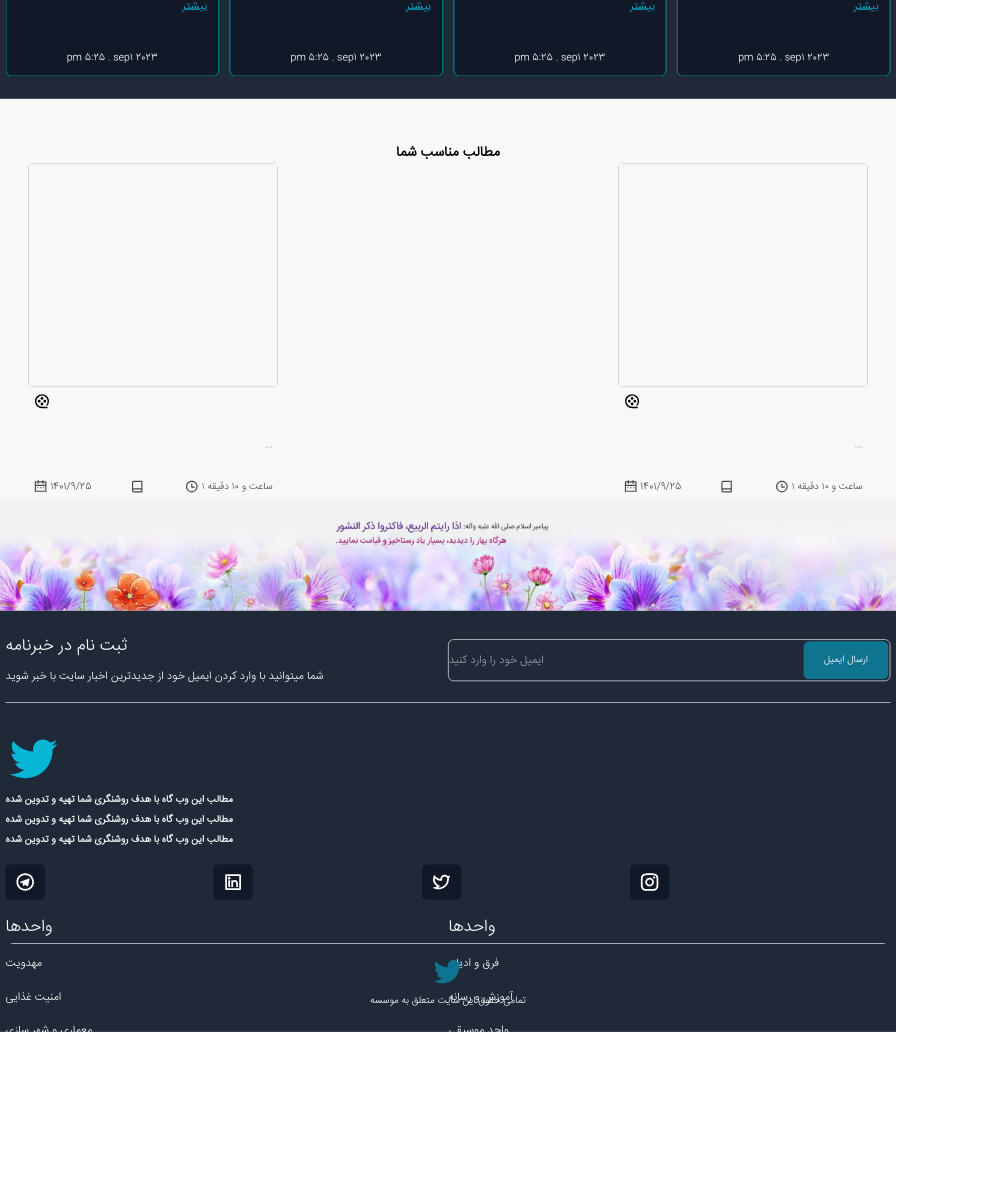
Repository: homan-tehrani/uiUserNative
Page: /
These files come from the project's save history. The page is drawn as it stood at one moment and after the next save; the edit follows.
The browser window is 1280 px wide. The page is 1432 px wide, so the pictures cover 1432 px, including what lies to the right of the window. The pictures show the part of the page from y = 3073 to 4793 px (the page is 4886 px tall before and 4926 px after), at 70% of full size.
The page's requests for data from a server got no answer. The project was rebuilt for these pictures with package versions that can differ from the ones it lists, and the page was loaded fresh each time. The framework's server and built-in components were replaced by stand-ins that run in the browser. No one was signed in, and anything a server would have sent is missing. Also part of the build but not shown: next.config.js, src/components/MenuForUnits.js, src/components/AccordionForUnits.js, src/components/MenuResponsive.js.

Above is the page before, as saved 2023-04-25 01:37:21.

### src/pages/_app.js
import Layoute from 'components/layout/Layoute'
import 'styles/globals.css'

export default function App({ Component, pageProps }) {
  return <Layoute>
    <Component {...pageProps} />
  </Layoute>
}

### src/pages/index.js
import Head from 'next/head';
import Layoute from '../components/layout/Layoute';
import Loading from '../components/loading';
import Slider from '../components/Slider';
import Album1 from '../components/Album1';
import Invitation from '../components/Invitation';
import Album2 from '../components/Album2';
import Description from '../components/Description';
import Album3 from '../components/Album3';
import Suggestion from '../components/Suggestion';
import { useEffect } from 'react';

export default function Home({ datas }) {
  return (
    <>
      <Head>
        <title>خانه</title>
        <meta
          name="description"
          content="Generated by create next app"
        />
        <meta
          name="viewport"
          content="width=device-width, initial-scale=1"
        />
        <link rel="icon" href="/favicon.ico" />
      </Head>
      <main className="bg-[#F8F8F6]">

        <>
          <Slider />
          <Album1 />
          <Invitation />
          <Album2 />
          <Description />
          <Album3 />
          <Suggestion />
        </>

      </main>
    </>
  );
}

// export async function getStaticProps(context){

//   const res = await fetch("https://nativecontent.sirafgroup.com/api/v1/tag/contentByTag/")
//   const data = await res.json(res)
//   console.log(data);

//   if (!data) {
//     return {
//       notFound: true,
//     }
//   }

//   return{
//     props: {

//     }
//   }

// }

### src/components/layout/Layoute.js
import React from "react";
import Header from "./Header";
import Fotter from "./Fotter";
import Speech from "../Speech";

export default function Layoute({ children , datas }) {
  return (
    <>
      <Header  />
      <div>{children}</div>
      <Speech />
      <Fotter datas={datas} />
    </>
  );
}

### src/styles/globals.css
@tailwind base;
@tailwind components;
@tailwind utilities;

@font-face {
    font-family: iransans;
    src: url("../../public/assets/fonts/iransans/irsans-l.woff");
}

html , body{
    font-family: iransans;
  }

.slider-master
.swiper-pagination-bullet{
  width: 14px;
  height: 14px;
  background-color: #3998AC;
}

.slider-master
.swiper-pagination-bullet-active {
  width: 60px;
  border-radius: 60px;
}

### src/components/loading.js
const Loading =()=> {
    return (
      <div className="w-full h-full flex justify-center items-center py-5">
        <svg aria-hidden="true" class="w-12 h-12 text-gray-200 animate-spin dark:text-gray-600 fill-cyan-600" viewBox="0 0 100 101" fill="none" xmlns="http://www.w3.org/2000/svg">
            <path d="M100 50.5908C100 78.2051 77.6142 100.591 50 100.591C22.3858 100.591 0 78.2051 0 50.5908C0 22.9766 22.3858 0.59082 50 0.59082C77.6142 0.59082 100 22.9766 100 50.5908ZM9.08144 50.5908C9.08144 73.1895 27.4013 91.5094 50 91.5094C72.5987 91.5094 90.9186 73.1895 90.9186 50.5908C90.9186 27.9921 72.5987 9.67226 50 9.67226C27.4013 9.67226 9.08144 27.9921 9.08144 50.5908Z" fill="currentColor"/>
            <path d="M93.9676 39.0409C96.393 38.4038 97.8624 35.9116 97.0079 33.5539C95.2932 28.8227 92.871 24.3692 89.8167 20.348C85.8452 15.1192 80.8826 10.7238 75.2124 7.41289C69.5422 4.10194 63.2754 1.94025 56.7698 1.05124C51.7666 0.367541 46.6976 0.446843 41.7345 1.27873C39.2613 1.69328 37.813 4.19778 38.4501 6.62326C39.0873 9.04874 41.5694 10.4717 44.0505 10.1071C47.8511 9.54855 51.7191 9.52689 55.5402 10.0491C60.8642 10.7766 65.9928 12.5457 70.6331 15.2552C75.2735 17.9648 79.3347 21.5619 82.5849 25.841C84.9175 28.9121 86.7997 32.2913 88.1811 35.8758C89.083 38.2158 91.5421 39.6781 93.9676 39.0409Z" fill="currentFill"/>
        </svg>
      </div>
    );
  }

  export default Loading;

### src/components/Slider.js
import React, { useEffect, useState } from "react";
import { Swiper, SwiperSlide } from "swiper/react";
import { Navigation, EffectFade, Pagination, Scrollbar, A11y } from "swiper";
import { useRef } from "react";
import Loading from "./loading";
import ImageProfile from "assets/images/image.jpg";

import "swiper/css";
import "swiper/css/navigation";
import "swiper/css/pagination";
import "swiper/css/scrollbar";
import { sliderPhoto } from "../../src/db.json";
import Survey from "./Survey";

export default function Slider() {
  const [imagesSlider, setImagesSlider] = useState(null);
  const swiperRef = useRef();

  useEffect(() => {
    setImagesSlider(sliderPhoto);
  }, []);

  if (!imagesSlider) {
    return <Loading />;
  }

  return (
    <div className="container mx-auto w-full h-full  py-7 px-2">
      <Swiper
        wrapperClass="w-full"
        modules={[Navigation, Pagination, Scrollbar, A11y, EffectFade, Pagination]}
        spaceBetween="auto"
        loop={true}
        autoplay={{
          delay: 1000,
          disableOnInteraction: false,
        }}
        navigation={{
            nextEl: '.swiper-button-next',
            prevEl: '.swiper-button-prev',
        }}
        onBeforeInit={(swiper) => {
          swiperRef.current = swiper;
        }}
        slidesPerView={1}
        effect="fade"
        className="slider-master max-h-[32rem] min-h-full rounded-3xl overflow-hidden"
      >
        {imagesSlider.map((item) => (
          <SwiperSlide key={item.id} className="w-full h-full">
            <img
              className="w-full h-[32rem] object-cover"
              src="assets/images/image.jpg"
            />
          </SwiperSlide>
        ))}
        <div
          className="swiper-button-prev !text-white mx-8 after:!text-4xl"
        ></div>
        <div
          className="swiper-button-next !text-white mx-8 after:!text-4xl"
        ></div>

      </Swiper>
      <div className="custom-pagination"></div>
      <Survey/>

       </div>

  );
}

### src/components/Album2.js
import React, { useRef, useState , useEffect } from "react";
import { Swiper, SwiperSlide } from "swiper/react";
import Loading from "./loading";
import MorSpeech from "components/MorSpeech";
import Link from "next/link";

import "swiper/css";
import "swiper/css/grid";
import "swiper/css/pagination";
import { Grid, Pagination ,Navigation} from "swiper";
import {albumPhoto2} from "db.json"

export default function Album2() {
    const [itmes , setItems]= useState([])
    const swiperRef = useRef();
    useEffect(() => {
      setItems(albumPhoto2);
    }, []);

    const prevSlideHandler =()=>{
        swiperRef.current?.slidePrev();
    }

  return (
    <div className=" container px-2z mx-auto ">
    <div className=" mb-6 ">
    </div>
      <Swiper
        slidesPerView={3}
        grid={{
          rows: 2,
        }}
        spaceBetween={20}
        modules={[Grid, Pagination, Navigation]}
        onBeforeInit={(swiper) => {
          swiperRef.current = swiper;
        }}
        breakpoints={{
          // when window width is >= 640px
          0: {
            slidesPerView: 1,
          },
          640: {
            slidesPerView: 2,
          },
          1370: {
            slidesPerView: 3,
          },
        }}
        className="w-full h-96  "
      >
        {itmes.map(item=>
            <SwiperSlide key={item.id} className="!flex !h-40 rounded overflow-hidden ">
                <Link href="/units" dir="rtl" className="flex cursor-pointer w-full  h-full rounded-l-md ">
                    <div className="w-1/2 h-full">
                        <img className="w-full h-full" src={item.src} alt={item.alt} />
                    </div>
                    <div className="flex flex-col justify-between h-full w-full py-3 pr-3 bg-neutral-100 border rounded-l-md">
                    <div>
                        <div className="flex items-center gap-x-1">
                        <svg xmlns="http://www.w3.org/2000/svg" viewBox="0 0 24 24" width="20" height="20"><path fill="none" d="M0 0h24v24H0z"/><path d="M12 3a3 3 0 0 0-3 3v4a3 3 0 0 0 6 0V6a3 3 0 0 0-3-3zm0-2a5 5 0 0 1 5 5v4a5 5 0 0 1-10 0V6a5 5 0 0 1 5-5zM3.055 11H5.07a7.002 7.002 0 0 0 13.858 0h2.016A9.004 9.004 0 0 1 13 18.945V23h-2v-4.055A9.004 9.004 0 0 1 3.055 11z"/></svg>
                        <p className="text-lg">ویس استاد</p>
                        </div>

                        <p className="text-sm">سخنرانی استاد در تهران</p>
                    </div>

                    <div dir="rtl" className="flex gap-x-8 opacity-70 text-sm ">
                            <div className="flex gap-x-1">
                            <svg xmlns="http://www.w3.org/2000/svg" viewBox="0 0 24 24" width="20" height="20"><path fill="none" d="M0 0h24v24H0z"/><path d="M17 3h4a1 1 0 0 1 1 1v16a1 1 0 0 1-1 1H3a1 1 0 0 1-1-1V4a1 1 0 0 1 1-1h4V1h2v2h6V1h2v2zm3 8H4v8h16v-8zm-5-6H9v2H7V5H4v4h16V5h-3v2h-2V5zm-9 8h2v2H6v-2zm5 0h2v2h-2v-2zm5 0h2v2h-2v-2z"/></svg>
                            <p>1401/9/25</p>
                            </div>

                            <svg xmlns="http://www.w3.org/2000/svg" viewBox="0 0 24 24" width="20" height="20"><path fill="none" d="M0 0h24v24H0z"/><path d="M20.005 2C21.107 2 22 2.898 22 3.99v16.02c0 1.099-.893 1.99-1.995 1.99H4v-4H2v-2h2v-3H2v-2h2V8H2V6h2V2h16.005zM8 4H6v16h2V4zm12 0H10v16h10V4z"/></svg>
                         </div>
                    </div>
                    </Link>


            </SwiperSlide>
            )}

      </Swiper>
    </div>
  );
}

### src/components/Suggestion.js
import React, { useState, useEffect } from 'react';
import Loading from './loading';
import { lecturePhoto } from '../../src/db.json';
import Link from 'next/link';

export default function Suggestion() {
  const [suggestionPhoto, setSuggestionPhoto] = useState(null);
  useEffect(() => {
    setSuggestionPhoto(lecturePhoto);
  }, []);

  useEffect(() => {
    const fetchData = async () => {
      const response = await fetch(
        'https://nativecontent.sirafgroup.com/api/v1/category/contentByCategory/?categoryId=1&count=10'
      );
      const data = await response.json();
      setSuggestionPhoto(data.data);
    };
    fetchData();
  }, []);
  if (!suggestionPhoto) {
    return <Loading />;
  }

  return (
    <div className="container px-2 mx-auto">
      <h2 className="text-xl font-bold text-center px-5">مطالب مناسب شما</h2>
      <div className=" flex items-center justify-between">
        {suggestionPhoto.slice(1, 4).map((item) => (
          <>
            <div className="w-1/3 px-8 relative">
              <div className=" overflow-hidden xs:h-56 h-72  sm:h-80 rounded-md">
                <img
                  src={item.coverImage}
                  alt={item.title}
                  className="w-full h-full "
                />
              </div>
              <div className="w-full h-40  flex flex-col justify-between p-2 ">
                <div className="flex items-center gap-x-2  ">
                  <svg
                    xmlns="http://www.w3.org/2000/svg"
                    viewBox="0 0 24 24"
                    className="w-6 xs:w-5"
                  >
                    <path fill="none" d="M0 0h24v24H0z" />
                    <path d="M12 20h8v2h-8C6.477 22 2 17.523 2 12S6.477 2 12 2s10 4.477 10 10a9.956 9.956 0 0 1-2 6h-2.708A8 8 0 1 0 12 20zm0-10a2 2 0 1 1 0-4 2 2 0 0 1 0 4zm-4 4a2 2 0 1 1 0-4 2 2 0 0 1 0 4zm8 0a2 2 0 1 1 0-4 2 2 0 0 1 0 4zm-4 4a2 2 0 1 1 0-4 2 2 0 0 1 0 4z" />
                  </svg>
                  <p className="xs:text-sm truncate font-bold">
                    {item.title}
                  </p>
                </div>

                <p className="xs:text-xsm text-sm text-right text-slate-500">
                  {item?.summary?.substring(0, 150)}...
                </p>

                <div className="flex  justify-between items-center opacity-70 xs:text-xxxsm text-sm">
                  <div className="flex items-center justify-center gap-x-1">
                    <svg
                      xmlns="http://www.w3.org/2000/svg"
                      viewBox="0 0 24 24"
                      className="xs:w-3 w-5"
                    >
                      <path fill="none" d="M0 0h24v24H0z" />
                      <path d="M17 3h4a1 1 0 0 1 1 1v16a1 1 0 0 1-1 1H3a1 1 0 0 1-1-1V4a1 1 0 0 1 1-1h4V1h2v2h6V1h2v2zm3 8H4v8h16v-8zm-5-6H9v2H7V5H4v4h16V5h-3v2h-2V5zm-9 8h2v2H6v-2zm5 0h2v2h-2v-2zm5 0h2v2h-2v-2z" />
                    </svg>
                    <p className="xs:text-ssm">1401/9/25</p>
                  </div>

                  <div className="flex items-center justify-center gap-x-1">
                    <svg
                      xmlns="http://www.w3.org/2000/svg"
                      viewBox="0 0 24 24"
                      className="xs:w-3 w-5"
                    >
                      <path fill="none" d="M0 0h24v24H0z" />
                      <path d="M3 18.5V5a3 3 0 0 1 3-3h14a1 1 0 0 1 1 1v18a1 1 0 0 1-1 1H6.5A3.5 3.5 0 0 1 3 18.5zM19 20v-3H6.5a1.5 1.5 0 0 0 0 3H19zM5 15.337A3.486 3.486 0 0 1 6.5 15H19V4H6a1 1 0 0 0-1 1v10.337z" />
                    </svg>
                    <p>{item?.portal?.name}</p>
                  </div>

                  <div className="flex items-center justify-center gap-x-1">
                    <svg
                      xmlns="http://www.w3.org/2000/svg"
                      viewBox="0 0 24 24"
                      className="xs:w-3 w-5"
                    >
                      <path fill="none" d="M0 0h24v24H0z" />
                      <path d="M12 22C6.477 22 2 17.523 2 12S6.477 2 12 2s10 4.477 10 10-4.477 10-10 10zm0-2a8 8 0 1 0 0-16 8 8 0 0 0 0 16zm1-8h4v2h-6V7h2v5z" />
                    </svg>
                    <p>۱ ساعت و ۱۰ دقیقه</p>
                  </div>
                </div>
              </div>
              <Link
                href={`/units/${item.id}`}
                className="w-full h-full absolute top-0 left-0"
              />
            </div>
          </>
        ))}
      </div>
    </div>
  );
}

### src/components/Speech.js
import React, { useEffect, useState } from "react";
import Loading from "./loading";
import {speech} from "../../src/db.json"

export default function Speech({ datas }) {
  const [imageSpeech, setImageSpeech] = useState(null);
  useEffect(() => {
    setImageSpeech(speech);
  }, []);

  if (!imageSpeech) {
    return <Loading />;
  }
  return (
    <div className="w-full flex justify-center items-center relative ">
      <div className="flex flex-col w-full h-max">
        <div className="flex flex-col w-full ">
          <img
            src={imageSpeech[0].src}
            alt={imageSpeech[0].alt}
            className="w-full h-full object-cover"
          />
        </div>
      </div>
    </div>
  );
}

### src/components/MorSpeech.js
import React from 'react'


export default function MorSpeech({nextButtonHandler , prevButtonHandler , icons , underline , content , colorIcon , colorText , classMore , moreHandler,addHandler}) {

  return (
    <div  className='flex flex-col justify-center   w-full h-max '>
      <div className='flex justify-between items-center gap-x-0   md:px-0 xs:gap-x-6 '>
        <p className={`${colorText} font-bold text-xl`}>{content}</p>

        {icons && <div  className='flex items-center justify-center w-max gap-x-1 h-8 bg-gray-900 ml-96 text-xsm text-white  px-1 rounded-sm'>

        <button className='flex items-center justify-center gap-x-1 opacity-70'>
        <p>youtube</p>
        <svg xmlns="http://www.w3.org/2000/svg" className='fill-white' viewBox="0 0 24 24" width="20" height="20"><path fill="none" d="M0 0h24v24H0z"/><path d="M19.606 6.995c-.076-.298-.292-.523-.539-.592C18.63 6.28 16.5 6 12 6s-6.628.28-7.069.403c-.244.068-.46.293-.537.592C4.285 7.419 4 9.196 4 12s.285 4.58.394 5.006c.076.297.292.522.538.59C5.372 17.72 7.5 18 12 18s6.629-.28 7.069-.403c.244-.068.46-.293.537-.592C19.715 16.581 20 14.8 20 12s-.285-4.58-.394-5.005zm1.937-.497C22 8.28 22 12 22 12s0 3.72-.457 5.502c-.254.985-.997 1.76-1.938 2.022C17.896 20 12 20 12 20s-5.893 0-7.605-.476c-.945-.266-1.687-1.04-1.938-2.022C2 15.72 2 12 2 12s0-3.72.457-5.502c.254-.985.997-1.76 1.938-2.022C6.107 4 12 4 12 4s5.896 0 7.605.476c.945.266 1.687 1.04 1.938 2.022zM10 15.5v-7l6 3.5-6 3.5z"/></svg>
            </button>
        <button className='flex items-center justify-center gap-x-1 bg-slate-700 p-1 rounded-md'>
        <p>twitter</p>
          <svg xmlns="http://www.w3.org/2000/svg" className='fill-cyan-500' viewBox="0 0 24 24" width="20" height="20"><path fill="none" d="M0 0h24v24H0z"/><path d="M22.162 5.656a8.384 8.384 0 0 1-2.402.658A4.196 4.196 0 0 0 21.6 4c-.82.488-1.719.83-2.656 1.015a4.182 4.182 0 0 0-7.126 3.814 11.874 11.874 0 0 1-8.62-4.37 4.168 4.168 0 0 0-.566 2.103c0 1.45.738 2.731 1.86 3.481a4.168 4.168 0 0 1-1.894-.523v.052a4.185 4.185 0 0 0 3.355 4.101 4.21 4.21 0 0 1-1.89.072A4.185 4.185 0 0 0 7.97 16.65a8.394 8.394 0 0 1-6.191 1.732 11.83 11.83 0 0 0 6.41 1.88c7.693 0 11.9-6.373 11.9-11.9 0-.18-.005-.362-.013-.54a8.496 8.496 0 0 0 2.087-2.165z"/></svg>

          </button>
        </div>}
        <div className='flex gap-x-2 '>
            <button onClick={()=>moreHandler} className={`text-${classMore} border border-${classMore} xs:w-12 font-bold text-sm rounded-md w-16 h-8`}>بیشتر</button>
            <button className='border rounded-md px-1' onClick={prevButtonHandler}>
            <svg xmlns="http://www.w3.org/2000/svg" className={colorIcon} viewBox="0 0 24 24" width="24" height="24"><path fill="none" d="M0 0h24v24H0z"/><path d="M13.172 12l-4.95-4.95 1.414-1.414L16 12l-6.364 6.364-1.414-1.414z"/></svg>
            </button>
            <button className='border rounded-md px-1 ' onClick={nextButtonHandler}>
            <svg xmlns="http://www.w3.org/2000/svg" className={colorIcon} viewBox="0 0 24 24" width="24" height="24"><path fill="none" d="M0 0h24v24H0z"/><path d="M10.828 12l4.95 4.95-1.414 1.414L8 12l6.364-6.364 1.414 1.414z"/></svg>
            </button>
        </div>
      </div>
      {underline && <div className='bg-blue-200 h-0.5 w-full mt-3 bg-gradient-to-l from-blue-300 to-white'></div>}
    </div>
  )
}

### tailwind.config.js
/** @type {import('tailwindcss').Config} */
module.exports = {
  content: [
    "./app/**/*.{js,ts,jsx,tsx}",
    "./pages/**/*.{js,ts,jsx,tsx}",
    "./components/**/*.{js,ts,jsx,tsx}",

    // Or if using `src` directory:
    "./src/**/*.{js,ts,jsx,tsx}",
  ],
  theme: {
    extend: {
      screens:{
        'xs':{'max':'430px'},
      },
      spacing: {
        '148': '37rem',
        '120':'36rem',
        '152':'42rem',
        '90':'25rem',
        '98':'28rem',
        '100':'30rem',
        '110':'33rem',
        'ppx':'0.5px',
        '400px': '400px',
        '300px':'300px',
        '1200px':'1200px',
        '370px':'370px',
        '305px':'305px',
        '282px':'282px'
      },
      fontSize:{
        tsm:['13px','19px'],
        ssm:['12px','18px'],
        xsm:['11px','17px'],
        xxsm:['10px','16px'],
        xxxsm:['8px','12px'],
      },
    },
  },
  plugins: [],
}

Loaded but not shown: src/components/Description.js (library); src/db.json (58 lines, source omitted); src/components/layout/Fotter.js (133 lines, source omitted); src/components/layout/Header.js (154 lines, source omitted); src/components/NavBar.js (89 lines, source omitted); src/components/Album1.js (130 lines, source omitted); src/components/Invitation.js (47 lines, source omitted); src/components/Survey.js (87 lines, source omitted); src/components/Album3.js (128 lines, source omitted)

After the next save:
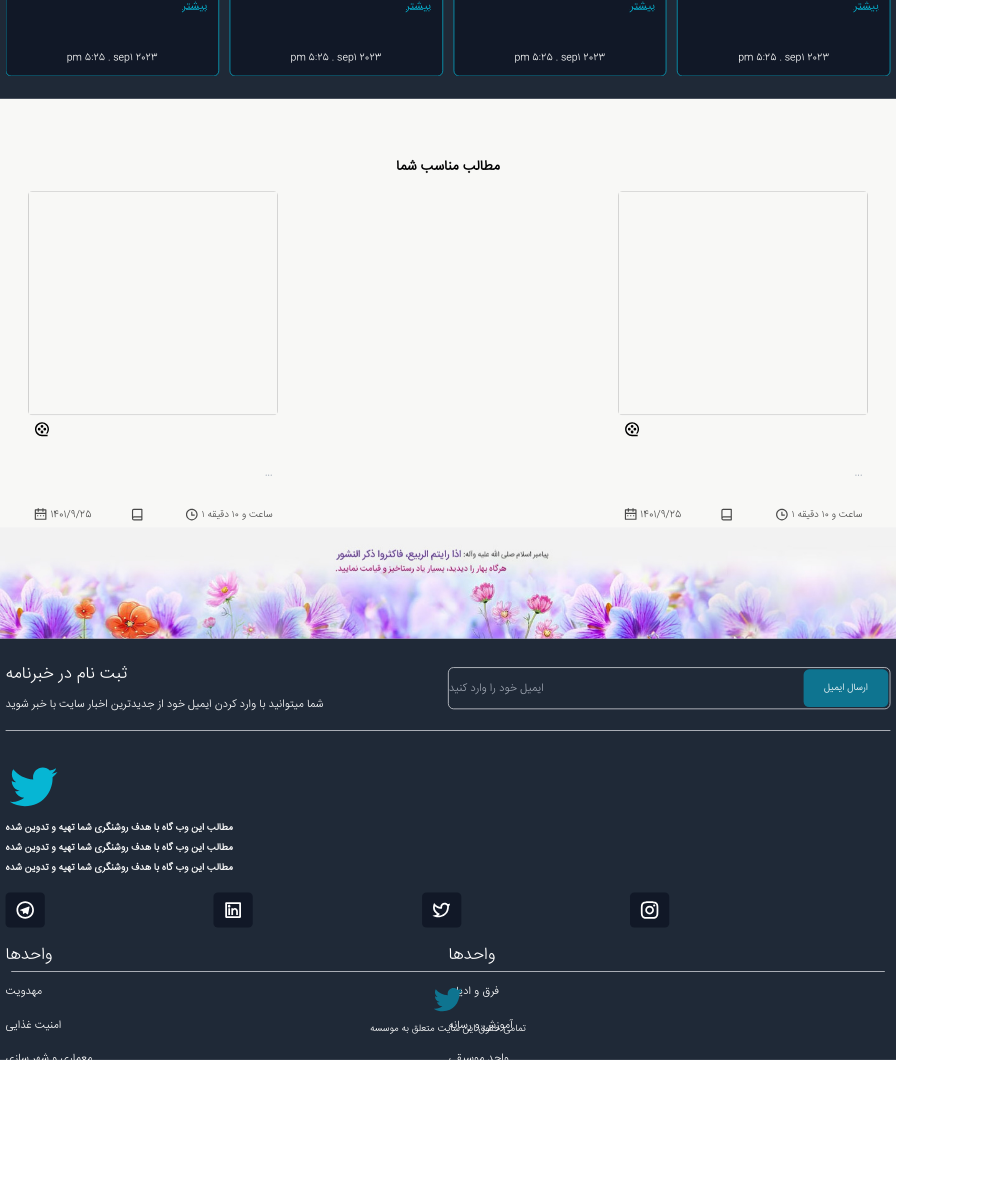
Saved 10 s later.
--- a/src/components/Suggestion.js
+++ b/src/components/Suggestion.js
@@ -25,7 +25,7 @@ export default function Suggestion() {
 
   return (
     <div className="container px-2 mx-auto">
-      <h2 className="text-xl font-bold text-center px-5">مطالب مناسب شما</h2>
+      <h2 className="text-xl font-bold text-center py-5">مطالب مناسب شما</h2>
       <div className=" flex items-center justify-between">
         {suggestionPhoto.slice(1, 4).map((item) => (
           <>
